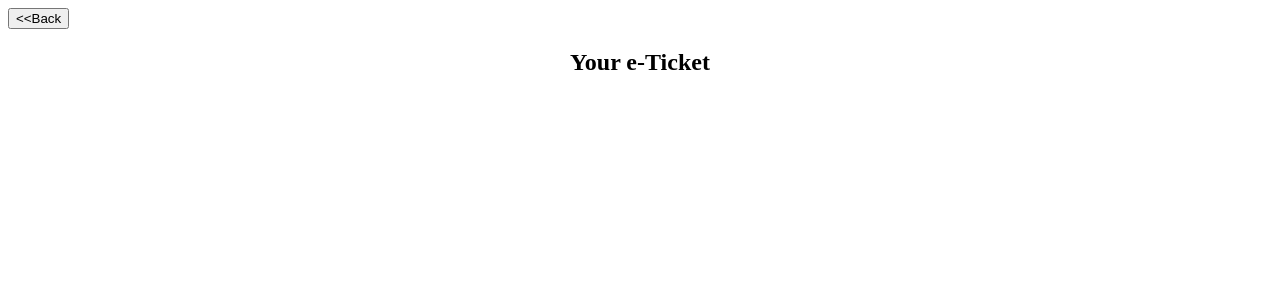
Repository: harshadrane89/CMPE273-WebService-AirlineManagement
Page: http://localhost/AirlineManagementSystemClient/TwitterGUI/Ticket.jsp
An editor plug-in stored every save of this project. The page is shown before and after the next save, followed by the edit.
The browser window is 1280 px wide. The pictures show the whole page.
The page is served by Tomcat 9.

Above is the page before, as saved 2013-12-08 22:22:38.

After the next save:
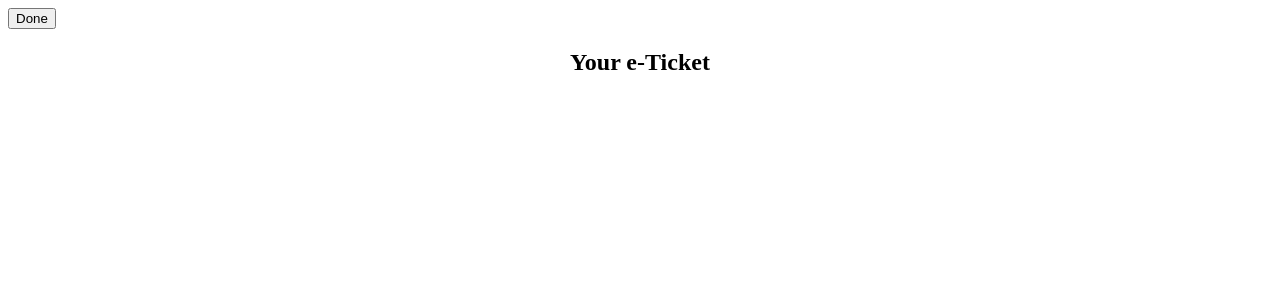
Saved 100 s later.
--- a/273_Project_Tomcat/AirlineManagementSystemClient/WebContent/TwitterGUI/Ticket.jsp
+++ b/273_Project_Tomcat/AirlineManagementSystemClient/WebContent/TwitterGUI/Ticket.jsp
@@ -9,7 +9,7 @@
 <title>Insert title here</title>
 </head>
 <body>
-<form action="../CustomerNavigator" method="get"><input type="submit" value="<<Back" class="btn btn-success"> </form>
+<form action="../TransactionProcessor" method="get" ><input type="submit" value="Done" class="btn btn-success"> </form>
 <center> <h2><b>Your e-Ticket</b></h2></center>
 	<%
 		String fare="";
